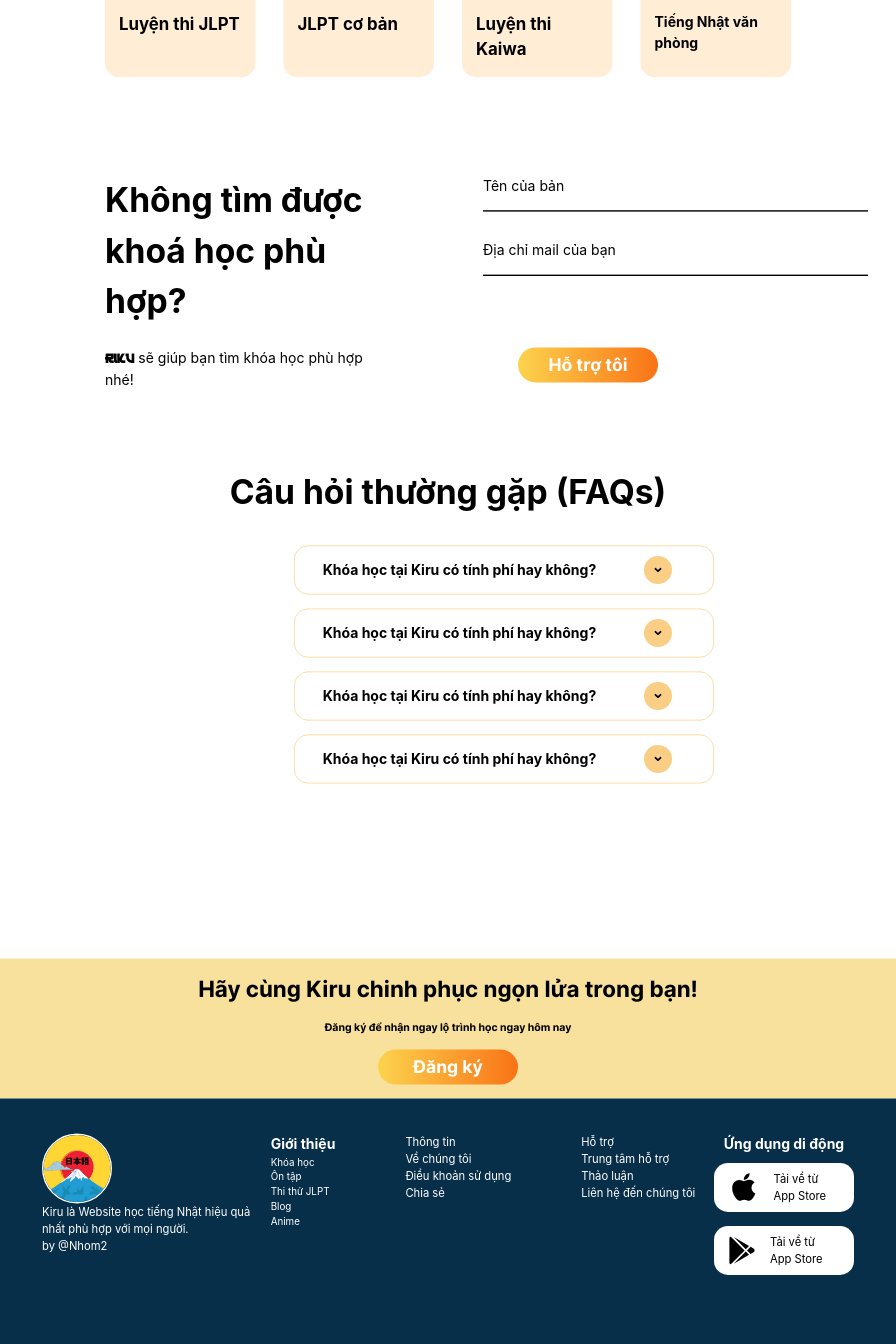
Repository: Quynhhuong150322/Kiru_Website-hoc-tieng-Nhat
Page: /
These files come from the project's save history. The page is drawn as it stood at one moment and after the next save; the edit follows.
The browser window is 1280 px wide. The pictures show the part of the page from y = 3205 to 5125 px (the page is 5125 px tall), at 70% of full size.
The project was rebuilt for these pictures with package versions that can differ from the ones it lists, and the page was loaded fresh each time.

Above is the page before, as saved 2023-08-17 02:34:39.

### public/index.html
<!DOCTYPE html>
<html lang="en">
  <head>
    <meta charset="utf-8" />
    <link rel="icon" href="%PUBLIC_URL%/favicon.ico" />
    <meta name="viewport" content="width=device-width, initial-scale=1" />
    <meta name="theme-color" content="#000000" />
    <meta
      name="description"
      content="Web site created using create-react-app"
    />
    <link rel="apple-touch-icon" href="%PUBLIC_URL%/logo192.png" />
    <!--
      manifest.json provides metadata used when your web app is installed on a
      user's mobile device or desktop. See https://developers.google.com/web/fundamentals/web-app-manifest/
    -->
    <link rel="manifest" href="%PUBLIC_URL%/manifest.json" />
    <!--
      Notice the use of %PUBLIC_URL% in the tags above.
      It will be replaced with the URL of the `public` folder during the build.
      Only files inside the `public` folder can be referenced from the HTML.

      Unlike "/favicon.ico" or "favicon.ico", "%PUBLIC_URL%/favicon.ico" will
      work correctly both with client-side routing and a non-root public URL.
      Learn how to configure a non-root public URL by running `npm run build`.
    -->
    <title>Kiru web</title>
  </head>
  <body>
    <noscript>You need to enable JavaScript to run this app.</noscript>
    <div id="root"></div>
    <!--
      This HTML file is a template.
      If you open it directly in the browser, you will see an empty page.

      You can add webfonts, meta tags, or analytics to this file.
      The build step will place the bundled scripts into the <body> tag.

      To begin the development, run `npm start` or `yarn start`.
      To create a production bundle, use `npm run build` or `yarn build`.
    -->
  </body>
</html>

### src/index.js
import React from 'react';
import ReactDOM from 'react-dom/client';
import './index.css';
import App from './App';
import reportWebVitals from './reportWebVitals';
import { BrowserRouter} from "react-router-dom";


const root = ReactDOM.createRoot(document.getElementById('root'));
root.render(
  <React.StrictMode>
    <BrowserRouter>
      <App />
    </BrowserRouter>
  </React.StrictMode>
);

// If you want to start measuring performance in your app, pass a function
// to log results (for example: reportWebVitals(console.log))
// or send to an analytics endpoint. Learn more: https://bit.ly/CRA-vitals
reportWebVitals();

### src/App.js
import './App.css';
import HeaderBefor from "./component/header_footer/HeaderBefor";
import Footer from "./component/header_footer/footer";
// import MyRoutes from './route/MyRoutes';
import GioiThieu from "./component/Gioi_thieu"
import KhoaHocBefor from "./component/Khoa_hoc_befor";
import LienHe from "./component/Lien_he";
import FAQs from "./component/FAQs";


function App() {
  return (
    <div className = "bg-white">
      {/* <MyRoutes></MyRoutes> */}
      <HeaderBefor></HeaderBefor>
      <GioiThieu></GioiThieu>
      <KhoaHocBefor></KhoaHocBefor>
      <LienHe></LienHe>
      <FAQs></FAQs>
      <Footer></Footer>
    </div>
  );
}

export default App;

### src/App.css
.App {
  text-align: center;
}

.App-logo {
  height: 40vmin;
  pointer-events: none;
}

@media (prefers-reduced-motion: no-preference) {
  .App-logo {
    animation: App-logo-spin infinite 20s linear;
  }
}

.App-header {
  background-color: #282c34;
  min-height: 100vh;
  display: flex;
  flex-direction: column;
  align-items: center;
  justify-content: center;
  font-size: calc(10px + 2vmin);
  color: white;
}

.App-link {
  color: #61dafb;
}

@keyframes App-logo-spin {
  from {
    transform: rotate(0deg);
  }
  to {
    transform: rotate(360deg);
  }
}

@font-face {
  font-family: Japanese;
  src: url(./font/Japanese\ 3017.ttf);
}

@font-face {
  font-family: InterBold;
  src: url(./font/Inter-Bold.ttf);
}

@font-face {
  font-family: InterRegular;
  src: url(./font/Inter-Regular.ttf);
}

@font-face {
  font-family: Montserrat;
  src: url(./font/MontserratAlternates-Bold.otf);
}

### src/component/header_footer/HeaderBefor.js
import React from "react";
import logo from "../../image/logo.png"
import { Link } from "react-router-dom";

const Header = () => {
    return (
        <div className = "bg-white top-0 h-[70px] ">
            <div class="flex justify-between items-center p-1">
                <Link to = "/">
                    <div className="flex flex-row items-center gap-5 pl-[50px] justify-center">
                        <img
                            className="h-[55px] w-55px] rounded-full "
                            src = {logo}
                            alt = "logo"
                        />
                        <div className="font-japanese text-[40px] font-bold">Kiru</div>
                    </div>
                </Link>
                <div className=""></div>
                    <ul className="flex space-x-4 justify-start gap-10 font-interBold text-[17px] pr-28 ">
                        <li className="hover:text-yellow-500">
                            <Link to = "/GioiThieu">Giới Thiệu</Link>
                        </li>
                        <li className="hover:text-yellow-500">
                            <Link to = "/LienHe">Liên hệ</Link>
                        </li>
                        <li className="hover:text-yellow-500">
                            <Link to = "/KhoaHocBefor">Khoá học</Link>
                        </li>
                        <li className="hover:text-yellow-500">
                            <Link to = "/FAQs">FAQs</Link>
                        </li>
                    </ul>
                <div className="pr-[50px] flex items-center ">
                    <ul className="flex space-x-4 justify-start gap-1 font-interBold text-[17px] items-center">
                        <li>
                            <button
                                type="button"
                                className="w-[117px] h-10 rounded-[20px] hover:border-2 border-amber-500 hover:text-sky-500">
                                Đăng nhập
                            </button>
                        </li>
                        <li>
                            <button
                                type="button"
                                className = "w-28 h-10 rounded-[20px] text-white bg-gradient-to-r from-amber-300  to-orange-500 hover:border-2 border-amber-700 hover:text-sky-500">
                                Đăng ký
                            </button>
                        </li>
                    </ul>
                </div>
            </div>

        </div>
    );
};
export default Header;

### src/component/header_footer/footer.js
import React from "react";
import logo from "../../image/logo.png";
import {FaApple, FaGooglePlay} from "react-icons/fa";

const Footer = () => {
    return (
        <div class="">
            <div className="h-[350px] bg-sky-950 flex justify-between pt-[50px] px-[60px]">
                <div className="flex-initial w-[300px]">
                    <img
                        className="h-[100px] w-100px] rounded-full border-2 border-white"
                        src = {logo}
                        alt = "logo"
                    />
                    <p className="text-white">Kiru là Website học tiếng Nhật hiệu quả nhất phù hợp với mọi người. <p className="">by @Nhom2</p></p>
                </div>
                <div className="flex flex-row gap-[100px]">
                    <ul class="list-none text-white">
                        <li className="font-bold text-[20px]">Giới thiệu</li>
                        <li className="hover:text-yellow-500 text-[14px]">Khóa học </li>
                        <li className="hover:text-yellow-500 text-[14px]">Ôn tập </li>
                        <li className="hover:text-yellow-500 text-[14px]">Thi thử JLPT</li>
                        <li className="hover:text-yellow-500 text-[14px]">Blog</li>
                        <li className="hover:text-yellow-500 text-[14px]">Anime</li>
                    </ul>
                    <ul class="list-none text-white">
                        <li >Thông tin</li>
                        <li className="hover:text-yellow-500">Về chúng tôi </li>
                        <li className="hover:text-yellow-500">Điều khoản sử dụng</li>
                        <li className="hover:text-yellow-500">Chia sẻ</li>
                    </ul>
                    <ul class="list-none text-white">
                        <li>Hỗ trợ</li>
                        <li className="hover:text-yellow-500">Trung tâm hỗ trợ</li>
                        <li className="hover:text-yellow-500">Thảo luận</li>
                        <li className="hover:text-yellow-500">Liên hệ đến chúng tôi </li>
                    </ul>
                </div>
                <div className="">
                    <p className="text-white text-[20px] font-bold text-center pb-3">Ứng dụng di động</p>
                    <div className="h-[70px] w-[200px] bg-white rounded-[20px] flex gap-5 items-center">
                        <div className="pl-5">
                            <FaApple className="w-[45px] h-[45px]"/>
                        </div>
                        <div className="flex-initial w-64">
                            Tải về từ <p className="">App Store</p>
                        </div>
                    </div>
                    <div className="pt-5">
                        <div className="h-[70px] w-[200px] bg-white rounded-[20px] flex gap-5 items-center">
                            <div className="pl-5 ">
                                <FaGooglePlay className="w-[40px] h-[40px]"/>
                            </div>
                            <div className="flex-initial w-64">
                                Tải về từ <p className="">App Store</p>
                            </div>
                        </div>
                    </div>
                </div>
            </div>
        </div>

    );
}
export default Footer;

### src/component/Khoa_hoc_befor.js
import React from "react";
import photo4 from "../image/photo4.png";
import photo5 from "../image/photo5.png";
import photo6 from "../image/photo6.png";
import photo7 from "../image/photo7.png";

const KhoaHocBefor = () => {
    return (
        <div className="">
            <div className="">
                <div className="pt-[100px] pl-[150px] font-inter font-bold text-[48px] w-[650px]">Gợi ý khóa học có thể phù hợp với bạn</div>
                <dic className="flex flex-row gap-10 px-[150px] py-10">
                    <div className="w-[250px] h-[350px] bg-orange-100 rounded-[20px] py-5 px-5">
                        <div className="">
                            <img
                                className=" rounded-[20px]  "
                                src = {photo4}
                                alt = "Photo4"
                            />
                        </div>
                        <div className="pt-5 font-inter font-bold text-[24px]">Luyện thi JLPT</div>
                    </div>
                    <div className="w-[250px] h-[350px] bg-orange-100 rounded-[20px] py-5 px-5">
                        <div className="">
                            <img
                                className=" rounded-[20px]  "
                                src = {photo5}
                                alt = "Photo5"
                            />
                        </div>
                        <div className="pt-5 font-inter font-bold text-[24px]">JLPT cơ bản</div>
                    </div>
                    <div className="w-[250px] h-[350px] bg-orange-100 rounded-[20px] py-5 px-5">
                        <div className="">
                            <img
                                className=" rounded-[20px]  "
                                src = {photo6}
                                alt = "Photo6"
                            />
                        </div>
                        <div className="pt-5 font-inter font-bold text-[24px]">Luyện thi Kaiwa</div>
                    </div>
                    <div className="w-[250px] h-[350px] bg-orange-100 rounded-[20px] py-5 px-5">
                        <div className="">
                            <img
                                className=" rounded-[20px]  "
                                src = {photo7}
                                alt = "Photo7"
                            />
                        </div>
                        <div className="pt-5 font-inter font-bold text-[20px]">Tiếng Nhật văn phòng</div>
                    </div>
                </dic>
            </div>
        </div>
    )
}
export default KhoaHocBefor;

### src/component/Lien_he.js
import React from "react";


const LienHe = () => {
    return (
        <div className="">
            <div className="grid grid-cols-2 gap-[100px] pt-[100px]">
                <div className="font-inter font-bold text-[48px] pl-[150px] ">Không tìm được khoá học phù hợp?</div>
                <div className="">
                    <div className="">
                        <p className="font-inter  text-[20px] pb-5">Tên của bản</p>
                        <div className="h-[2px] w-[550px] bg-black "></div>
                    </div>
                    <div className="">
                        <p className="font-inter  text-[20px] pb-5 pt-10">Địa chỉ mail của bạn</p>
                        <div className="h-[2px] w-[550px] bg-black "></div>
                    </div>
                </div>
            </div>
            <div className="grid grid-cols-2 gap-[200px] pt-[30px]">
                <div className="font-inter text-[20px] pl-[150px]"><a className="font-japanese font-bold">Riku</a> sẽ giúp bạn tìm khóa học phù hợp nhé!</div>
                <div className="">
                    <button
                        type="button"
                        className = "w-[200px] h-[50px] rounded-[40px] text-white bg-gradient-to-r from-amber-300  to-orange-500 hover:border-2 border-amber-700 hover:text-sky-500 font-interBold text-[25px] items-center">
                        Hỗ trợ tôi
                    </button>
                </div>
            </div>

        </div>
    )
}
export default LienHe;

### src/component/FAQs.js
import React from "react";
import {FaAngleDown} from "react-icons/fa";


const FAQs = () => {
    return (
        <div className="">
            <div className="">
                <div className="pt-[110px] font-inter font-bold text-[48px] text-center pb-10">Câu hỏi thường gặp (FAQs)</div>
                <div className="px-[420px] content-center  ">
                    <div className="h-[70px] w-[600px]  border border-amber-500/50 rounded-[20px]  px-10 grid grid-cols-2 gap-[400px] items-center">
                        <p className="flex-initial w-[800px] font-bold text-[20px]">Khóa học tại Kiru có tính phí hay không?</p>
                        <div className="w-[40px] h-[40px] bg-amber-500/50 rounded-[30px] items-center py-3 pl-3">
                            <FaAngleDown/>
                        </div>
                    </div>
                </div>
                <div className="px-[420px] content-center pt-5 ">
                    <div className="h-[70px] w-[600px]  border border-amber-500/50 rounded-[20px]  px-10 grid grid-cols-2 gap-[400px] items-center">
                        <p className="flex-initial w-[800px] font-bold text-[20px]">Khóa học tại Kiru có tính phí hay không?</p>
                        <div className="w-[40px] h-[40px] bg-amber-500/50 rounded-[30px] items-center py-3 pl-3">
                            <FaAngleDown/>
                        </div>
                    </div>
                </div>
                <div className="px-[420px] content-center pt-5 ">
                    <div className="h-[70px] w-[600px]  border border-amber-500/50 rounded-[20px]  px-10 grid grid-cols-2 gap-[400px] items-center">
                        <p className="flex-initial w-[800px] font-bold text-[20px]">Khóa học tại Kiru có tính phí hay không?</p>
                        <div className="w-[40px] h-[40px] bg-amber-500/50 rounded-[30px] items-center py-3 pl-3">
                            <FaAngleDown/>
                        </div>
                    </div>
                </div>
                <div className="px-[420px] content-center pt-5 ">
                    <div className="h-[70px] w-[600px]  border border-amber-500/50 rounded-[20px]  px-10 grid grid-cols-2 gap-[400px] items-center">
                        <p className="flex-initial w-[800px] font-bold text-[20px]">Khóa học tại Kiru có tính phí hay không?</p>
                        <div className="w-[40px] h-[40px] bg-amber-500/50 rounded-[30px] items-center py-3 pl-3">
                            <FaAngleDown/>
                        </div>
                    </div>
                </div>
            </div>
            <div className="pt-[250px] ">
                <div className="h-[200px] bg-yellow-500/40 items-center">
                    <div className="text-[32px] font-interBold text-center pt-5">Hãy cùng Kiru chinh phục ngọn lửa trong bạn!</div>
                    <p className="text-[15px] font-interBold text-center pt-5">Đăng ký để nhận ngay lộ trình học ngay hôm nay</p>
                    <div className="text-center pt-5">
                        <button
                            type="button"
                            className = "w-[200px] h-[50px] rounded-[40px] text-white bg-gradient-to-r from-amber-300  to-orange-500 hover:border-2 border-amber-700 hover:text-sky-500 font-interBold text-[25px] items-center">
                            Đăng ký
                        </button>
                    </div>
                </div>
            </div>
        </div>
    )
}
export default FAQs;

### tailwind.config.js
/** @type {import('tailwindcss').Config} */
module.exports = {
  content: ["./src/**/*.{html,js}"],
  // plugins: [require("tailwind-scrollbar")],
  theme: {
    extend: {
      fontSize: {
        sm: '9px',
        base: '13px',
        xl: '20px',
        '2xl': '60px',
        '3xl': '80px',
        '4xl': '90px',
        '5xl': '100px',
      }
    },
    screens: {
      'sm': {'min': '400px', 'max': '767px'},
      // => @media (min-width: 640px and max-width: 767px) { ... }

      'md': {'min': '768px', 'max': '1023px'},
      // => @media (min-width: 768px and max-width: 1023px) { ... }

      'lg': {'min': '1024px', 'max': '1279px'},
      // => @media (min-width: 1024px and max-width: 1279px) { ... }

      'xl': {'min': '1280px', 'max': '1535px'},
      // => @media (min-width: 1280px and max-width: 1535px) { ... }

      '2xl': {'min': '1536px'},
      // => @media (min-width: 1536px) { ... }
    },

    fontFamily: {
      japanese: ['"Japanese"'],
      interBold: ['"InterBold"'],
      interRegular: ['"InterRegular"'],
      montserrat: ['"Montserrat"']
    },
  },
  plugins: [],
}

Loaded but not shown: src/index.css (common file); src/reportWebVitals.js (common file); src/component/Gioi_thieu.js (187 lines, source omitted)

After the next save:
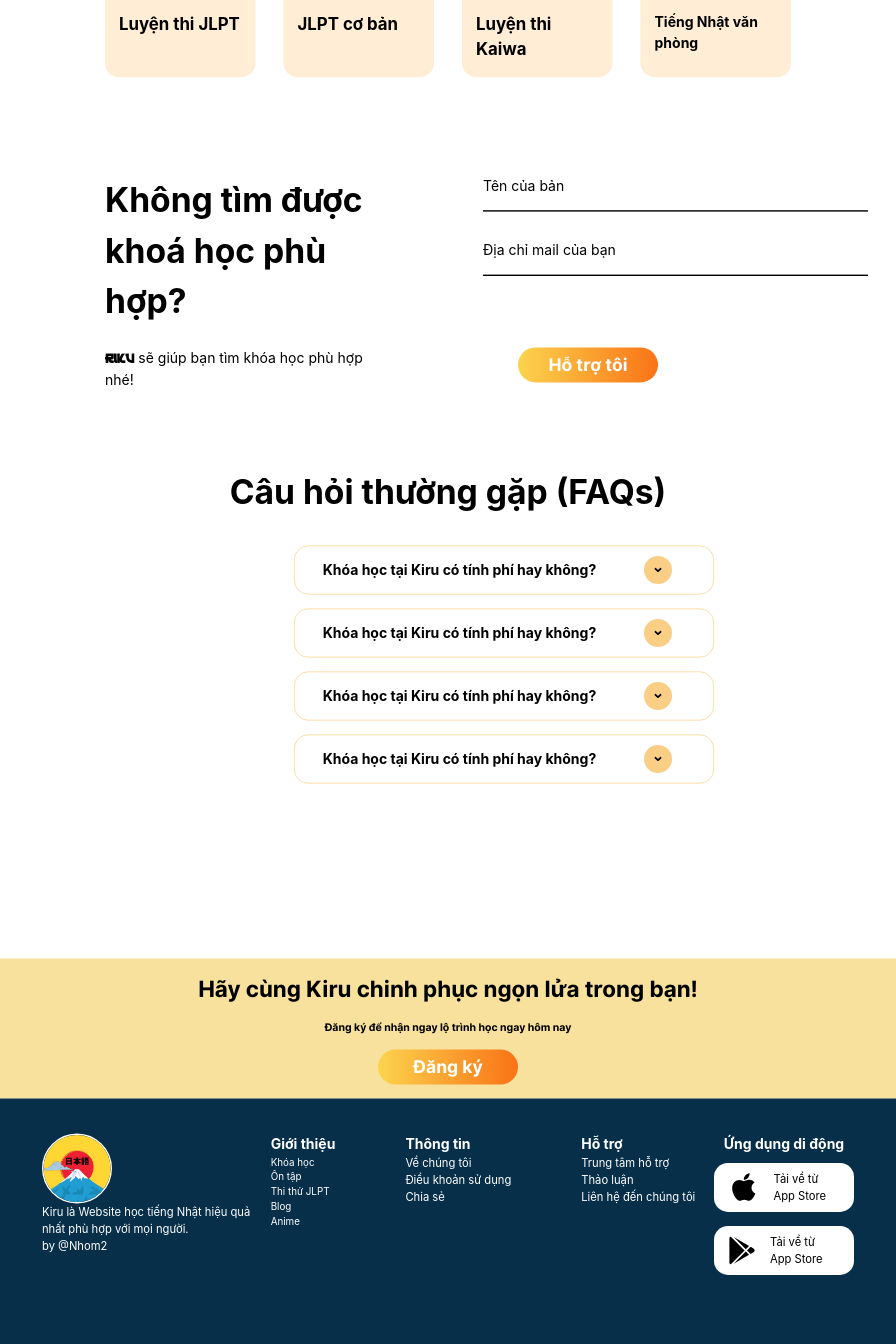
Saved 23 s later.
--- a/src/component/header_footer/footer.js
+++ b/src/component/header_footer/footer.js
@@ -24,13 +24,13 @@ const Footer = () => {
                         <li className="hover:text-yellow-500 text-[14px]">Anime</li>
                     </ul>
                     <ul class="list-none text-white">
-                        <li >Thông tin</li>
+                        <li className="font-bold text-[20px]">Thông tin</li>
                         <li className="hover:text-yellow-500">Về chúng tôi </li>
                         <li className="hover:text-yellow-500">Điều khoản sử dụng</li>
                         <li className="hover:text-yellow-500">Chia sẻ</li>
                     </ul>
                     <ul class="list-none text-white">
-                        <li>Hỗ trợ</li>
+                        <li className="font-bold text-[20px]">Hỗ trợ</li>
                         <li className="hover:text-yellow-500">Trung tâm hỗ trợ</li>
                         <li className="hover:text-yellow-500">Thảo luận</li>
                         <li className="hover:text-yellow-500">Liên hệ đến chúng tôi </li>
